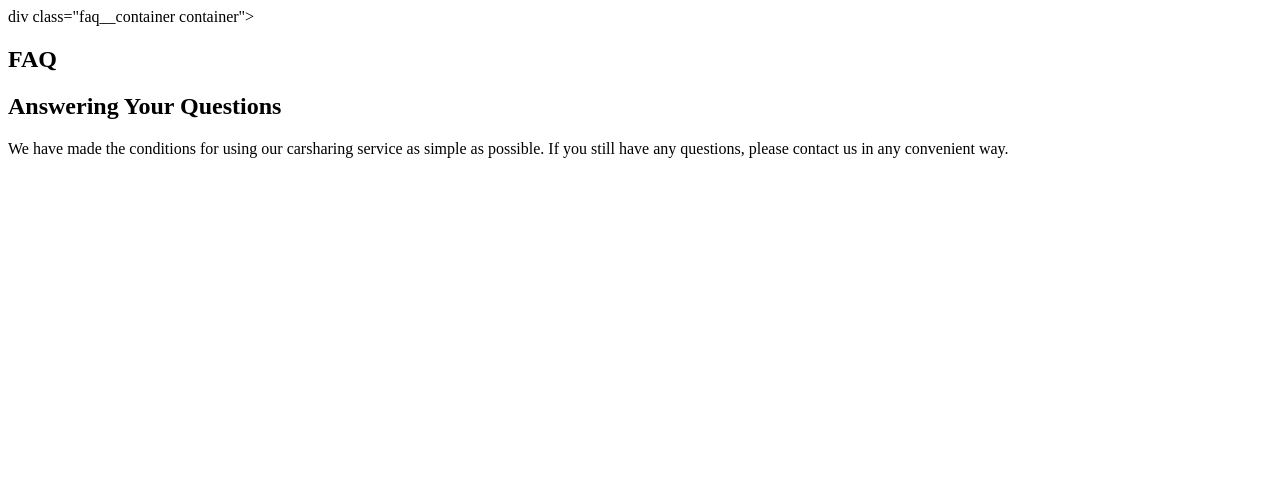
Repository: sanyathecreator/udrive-carsharing
Page: index.faq.partial.html
The author's editor kept a copy of each file at every save. The page is drawn from the files as they stood at one save, then again after the next save.
The browser window is 1280 px wide. The pictures show the whole page.

Above is the page before, as saved 2025-09-11 01:26:20.

After the next save:
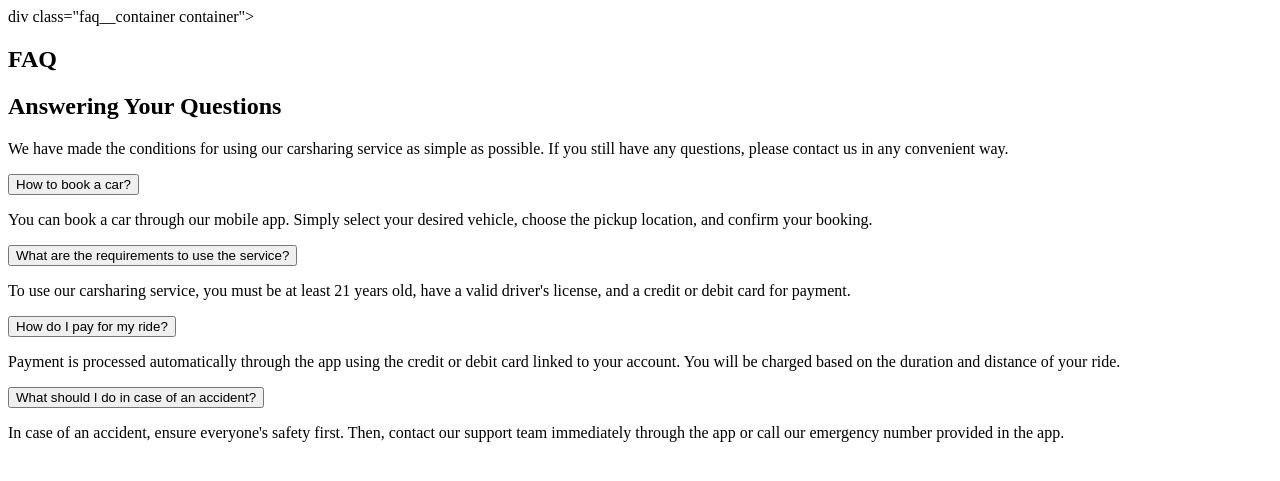
Saved 9 s later.
--- a/index.faq.partial.html
+++ b/index.faq.partial.html
@@ -3,5 +3,41 @@
   <h1 class ="faq __title">FAQ</h1>
   <h2 class ="faq __subtitle">Answering Your Questions</h2>
   <p class ="faq __text">We have made the conditions for using our carsharing service as simple as possible. If you still have any questions, please contact us in any convenient way.</p>
-  <div class accord
+  <div class accordion>
+    <div class="accordion__item">
+      <button class="accordion__header" aria-expanded="false">
+        <span class="accordion__title">How to book a car?</span>
+        <span class="accordion__icon" aria-hidden="true"></span>
+      </button>
+      <div class="accordion__content">
+        <p>You can book a car through our mobile app. Simply select your desired vehicle, choose the pickup location, and confirm your booking.</p>
+      </div>
+    </div>
+    <div class="accordion__item">
+      <button class="accordion__header" aria-expanded="false">
+        <span class="accordion__title">What are the requirements to use the service?</span>
+        <span class="accordion__icon" aria-hidden="true"></span>
+      </button>
+      <div class="accordion__content">
+        <p>To use our carsharing service, you must be at least 21 years old, have a valid driver's license, and a credit or debit card for payment.</p>
+      </div>
+    </div>
+    <div class="accordion__item">
+      <button class="accordion__header" aria-expanded="false">
+        <span class="accordion__title">How do I pay for my ride?</span>
+        <span class="accordion__icon" aria-hidden="true"></span>
+      </button>
+      <div class="accordion__content">
+        <p>Payment is processed automatically through the app using the credit or debit card linked to your account. You will be charged based on the duration and distance of your ride.</p>
+      </div>
+    </div>
+    <div class="accordion__item">
+      <button class="accordion__header" aria-expanded="false">
+        <span class="accordion__title">What should I do in case of an accident?</span>
+        <span class="accordion__icon" aria-hidden="true"></span>
+      </button>
+      <div class="accordion__content">
+        <p>In case of an accident, ensure everyone's safety first. Then, contact our support team immediately through the app or call our emergency number provided in the app.</p>
+      </div>
+    </div>
 </section>

After the 5 saves that followed:
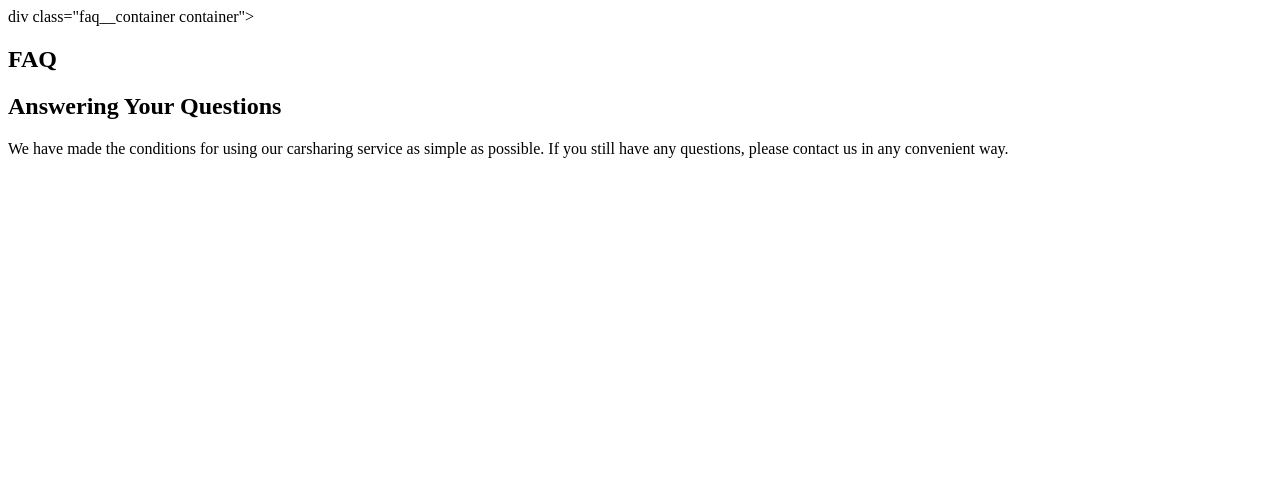
The 5 saves are shown as one change because they came seconds apart.
The last was saved 4 min 17 s later.
--- a/index.faq.partial.html
+++ b/index.faq.partial.html
@@ -3,41 +3,4 @@
   <h1 class ="faq __title">FAQ</h1>
   <h2 class ="faq __subtitle">Answering Your Questions</h2>
   <p class ="faq __text">We have made the conditions for using our carsharing service as simple as possible. If you still have any questions, please contact us in any convenient way.</p>
-  <div class accordion>
-    <div class="accordion__item">
-      <button class="accordion__header" aria-expanded="false">
-        <span class="accordion__title">How to book a car?</span>
-        <span class="accordion__icon" aria-hidden="true"></span>
-      </button>
-      <div class="accordion__content">
-        <p>You can book a car through our mobile app. Simply select your desired vehicle, choose the pickup location, and confirm your booking.</p>
-      </div>
-    </div>
-    <div class="accordion__item">
-      <button class="accordion__header" aria-expanded="false">
-        <span class="accordion__title">What are the requirements to use the service?</span>
-        <span class="accordion__icon" aria-hidden="true"></span>
-      </button>
-      <div class="accordion__content">
-        <p>To use our carsharing service, you must be at least 21 years old, have a valid driver's license, and a credit or debit card for payment.</p>
-      </div>
-    </div>
-    <div class="accordion__item">
-      <button class="accordion__header" aria-expanded="false">
-        <span class="accordion__title">How do I pay for my ride?</span>
-        <span class="accordion__icon" aria-hidden="true"></span>
-      </button>
-      <div class="accordion__content">
-        <p>Payment is processed automatically through the app using the credit or debit card linked to your account. You will be charged based on the duration and distance of your ride.</p>
-      </div>
-    </div>
-    <div class="accordion__item">
-      <button class="accordion__header" aria-expanded="false">
-        <span class="accordion__title">What should I do in case of an accident?</span>
-        <span class="accordion__icon" aria-hidden="true"></span>
-      </button>
-      <div class="accordion__content">
-        <p>In case of an accident, ensure everyone's safety first. Then, contact our support team immediately through the app or call our emergency number provided in the app.</p>
-      </div>
-    </div>
-</section>
+  <div class="faq"
